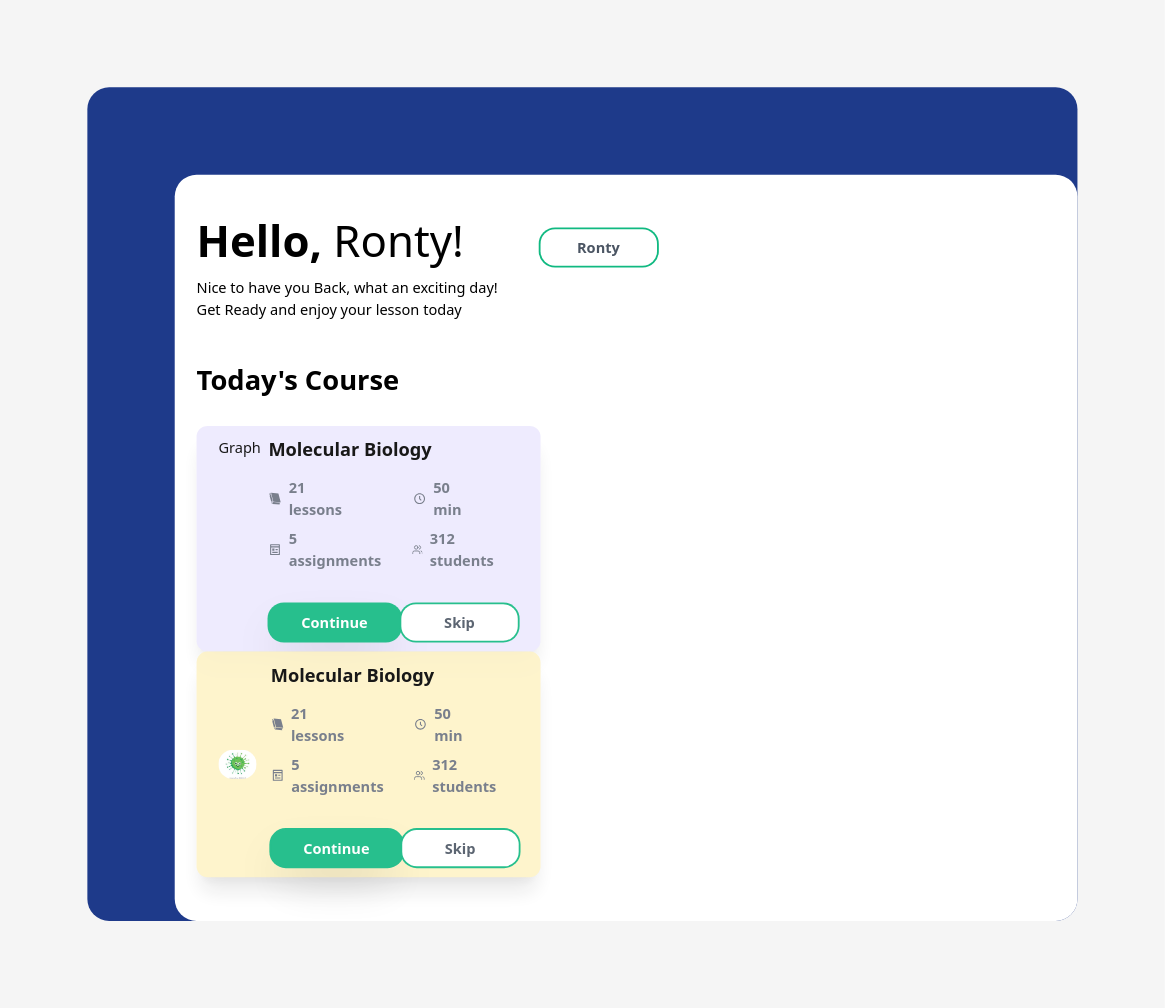
Repository: coolronts/Vite-Tailwind
Page: /
These files come from the project's save history. The page is drawn as it stood at one moment and after the next save; the edit follows.
The browser window is 1280 px wide. The pictures show the whole page, at 91% of full size.
The project was rebuilt for these pictures with package versions that can differ from the ones it lists, and the page was loaded fresh each time. Also part of the build but not shown: vite.config.js.

Above is the page before, as saved 2021-11-26 13:58:00.

After the next save:
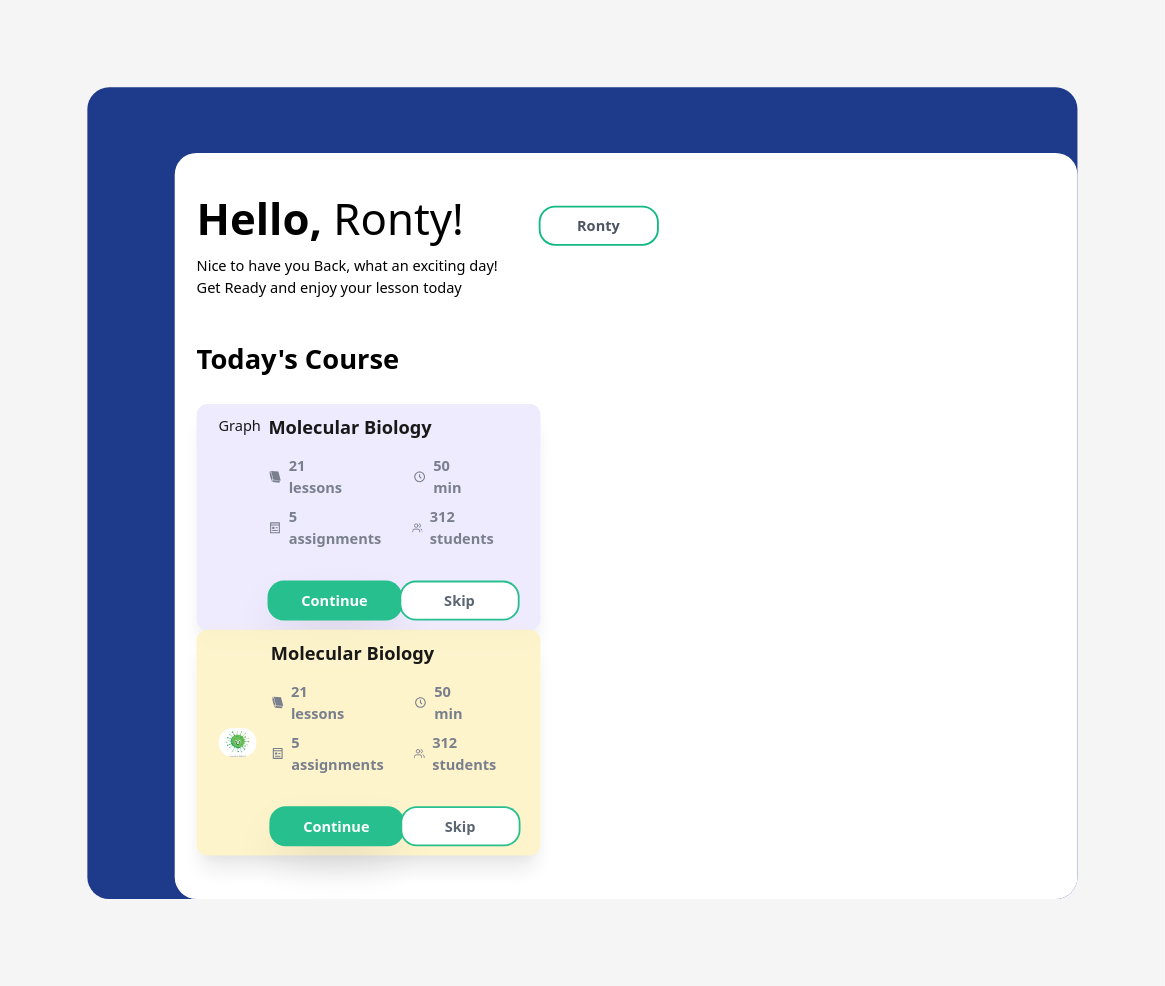
Saved 8 s later.
--- a/src/App.jsx
+++ b/src/App.jsx
@@ -12,7 +12,7 @@ function App() {
   return (
 
     <div className="App ">
-      <div className="pt-12 pl-24 bg-blue-900 m-24 rounded-3xl">
+      <div className="pt-6 pl-24 bg-blue-900 m-24 rounded-3xl">
       <div className="bg-white my-12 rounded-3xl px-6 py-12">
       <SplitScreen leftWeight = 'w-2/5'>
         <div id="left">
